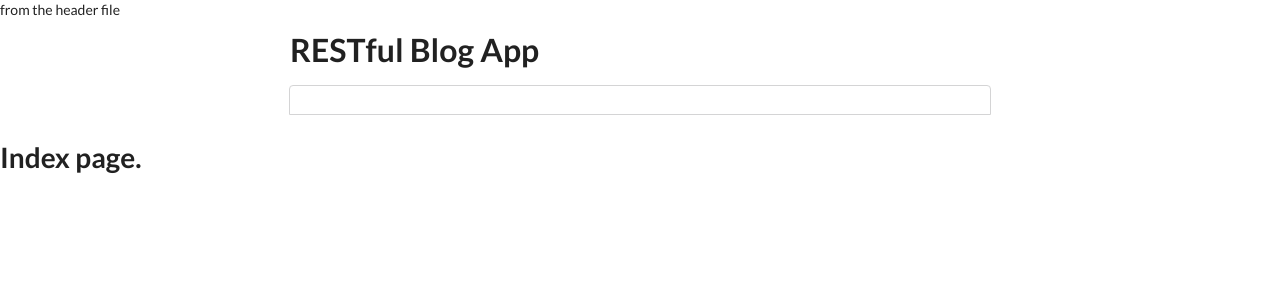
Repository: Frosslund/WebDevBootcampColtSteele
Page: http://localhost/blogs
The author's editor kept a record of every edit. The page is drawn from the files as they stood at one moment, then again after the next edit.
The browser window is 1280 px wide. The pictures show the whole page.
The page is served by the project's Node server (RESTfulRouting/RESTfulBlogApp/app.js). Queries for data that is not in the repository find no rows.

Above is the page before.

After the next edit:
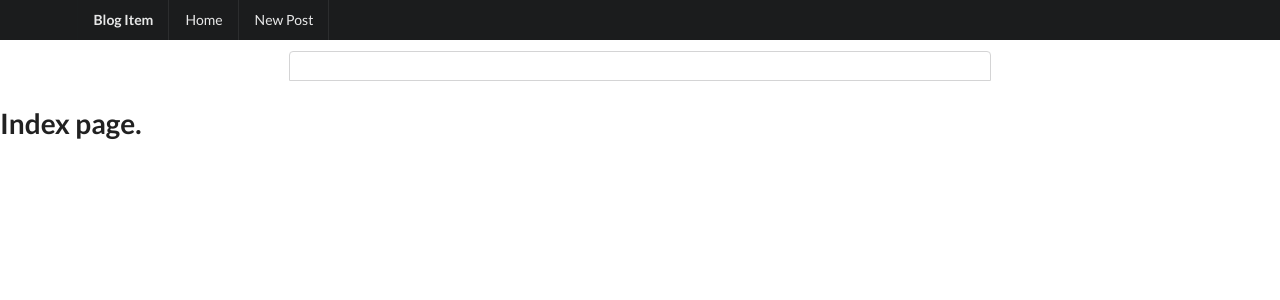
The edit:
--- a/RESTfulRouting/RESTfulBlogApp/views/partials/header.ejs
+++ b/RESTfulRouting/RESTfulBlogApp/views/partials/header.ejs
@@ -5,4 +5,10 @@
     </head>
 
     <body>
-        <p>from the header file</p>
+        <div class="ui fixed inverted menu">
+            <div class="ui container">
+                <div class="header item">Blog Item</div>
+                <a href="/" class="item">Home</a>
+                <a href="/blogs/new" class="item">New Post</a>
+            </div>
+        </div>
